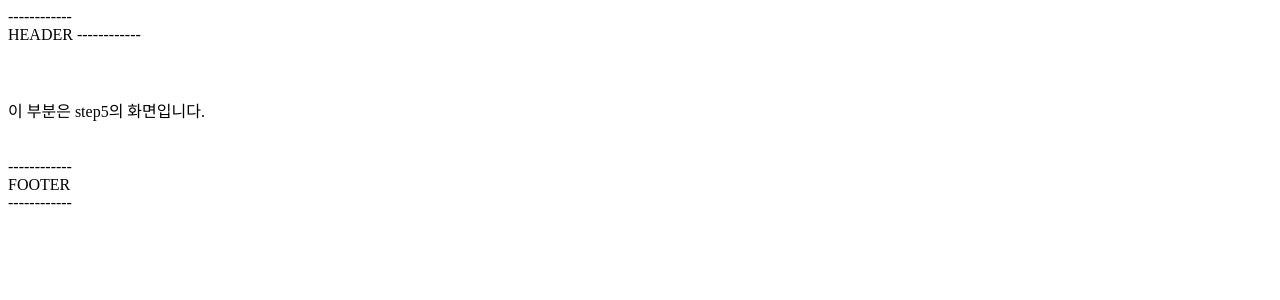
Repository: dhalfks/jsp
Page: http://localhost/web_study/step5-import.jsp
These files come from the project's save history. The page is drawn as it stood at one moment and after the next save; the edit follows.
The browser window is 1280 px wide. The pictures show the whole page.
The page is served by Tomcat 9.

Above is the page before, as saved 2022-08-16 07:20:56.

### _jspworkspace(jstl)/web_study/src/main/webapp/step5-import.jsp
<%@ page language="java" contentType="text/html; charset=UTF-8"
    pageEncoding="UTF-8"%>
<%@ taglib prefix="c" uri="http://java.sun.com/jsp/jstl/core" %>
<!DOCTYPE html>
<html>
<head>
<meta charset="UTF-8">
<title>Import</title>
</head>
<body>
	<c:import url="step5-header.jsp"></c:import>
		<br><br><br> 이 부분은 step5의 화면입니다. <br><br><br>
	<c:import url="step5-footer.jsp"></c:import>
</body>
</html>

### _jspworkspace(jstl)/web_study/src/main/webapp/step5-header.jsp
<%@ page language="java" contentType="text/html; charset=UTF-8"
    pageEncoding="UTF-8"%>
<%@ taglib prefix="c" uri="http://java.sun.com/jsp/jstl/core" %>
<!DOCTYPE html>
<html>
<head>
<meta charset="UTF-8">
<title>header</title>
</head>
<body>
	------------<br>
	   HEADER
	------------<br>
</body>
</html>

### _jspworkspace(jstl)/web_study/src/main/webapp/step5-footer.jsp
<%@ page language="java" contentType="text/html; charset=UTF-8"
    pageEncoding="UTF-8"%>
<%@ taglib prefix="c" uri="http://java.sun.com/jsp/jstl/core" %>
<!DOCTYPE html>
<html>
<head>
<meta charset="UTF-8">
<title>Footer</title>
</head>
<body>
	------------<br>
	   FOOTER<br>
	------------<br>
</body>
</html>

After the next save:
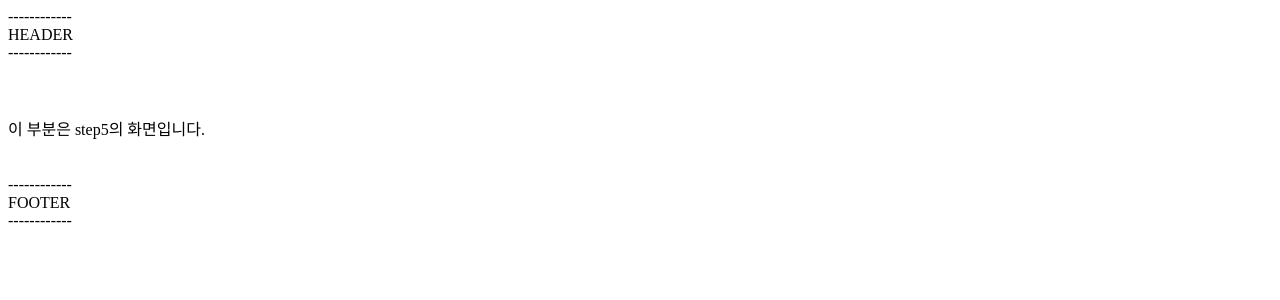
Saved 2 s later.
--- a/_jspworkspace(jstl)/web_study/src/main/webapp/step5-header.jsp
+++ b/_jspworkspace(jstl)/web_study/src/main/webapp/step5-header.jsp
@@ -9,7 +9,7 @@
 </head>
 <body>
 	------------<br>
-	   HEADER
+	   HEADER<br>
 	------------<br>
 </body>
 </html>
